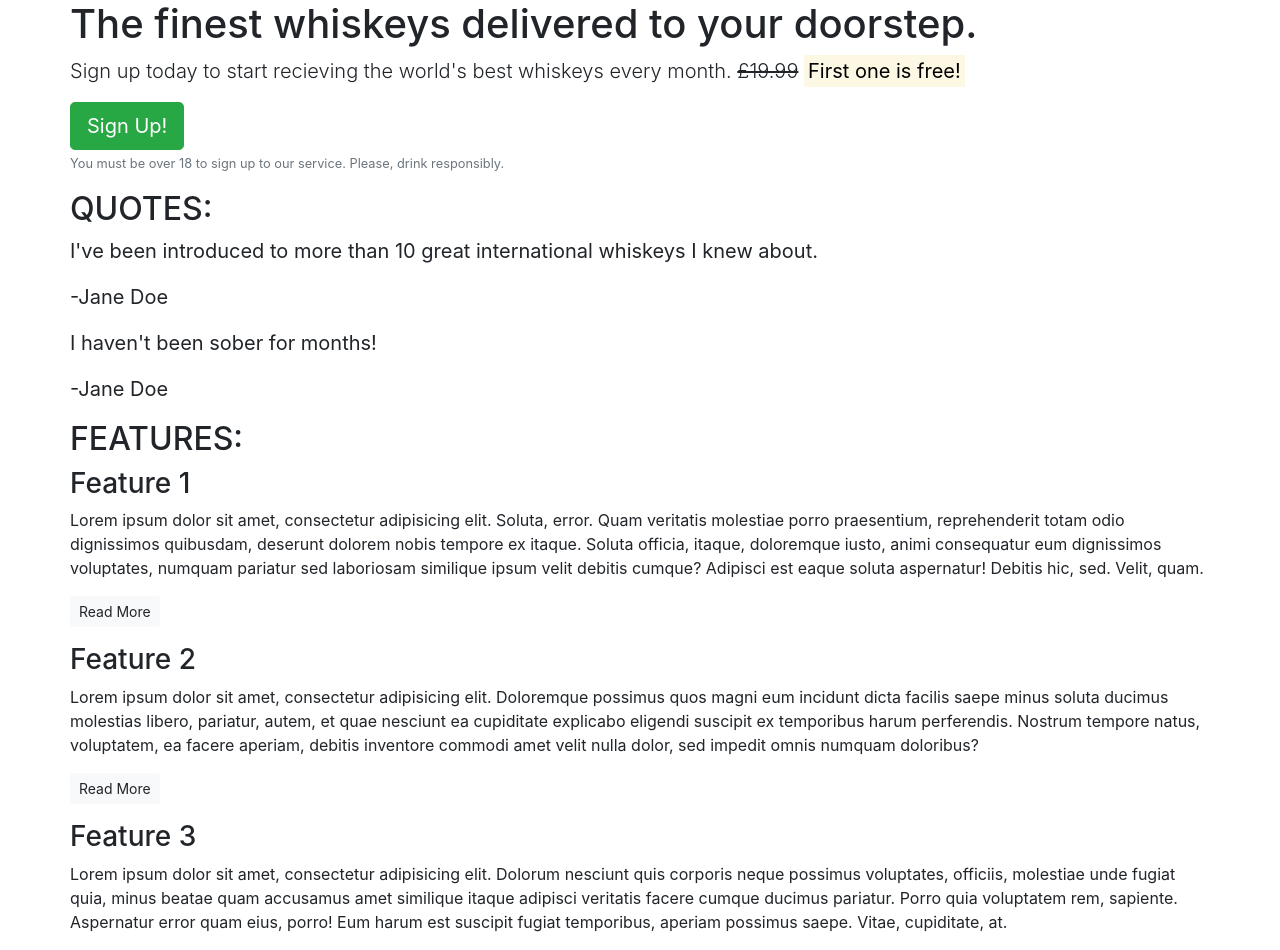
Repository: Leannald13/whiskey-project
Page: index.html
The author's editor kept a record of every edit. The page is drawn from the files as they stood at one moment, then again after the next edit.
The browser window is 1280 px wide. The pictures show the whole page.

Above is the page before.
Console error: TypeError: Cannot read properties of undefined (reading 'fn')

After the next edit:
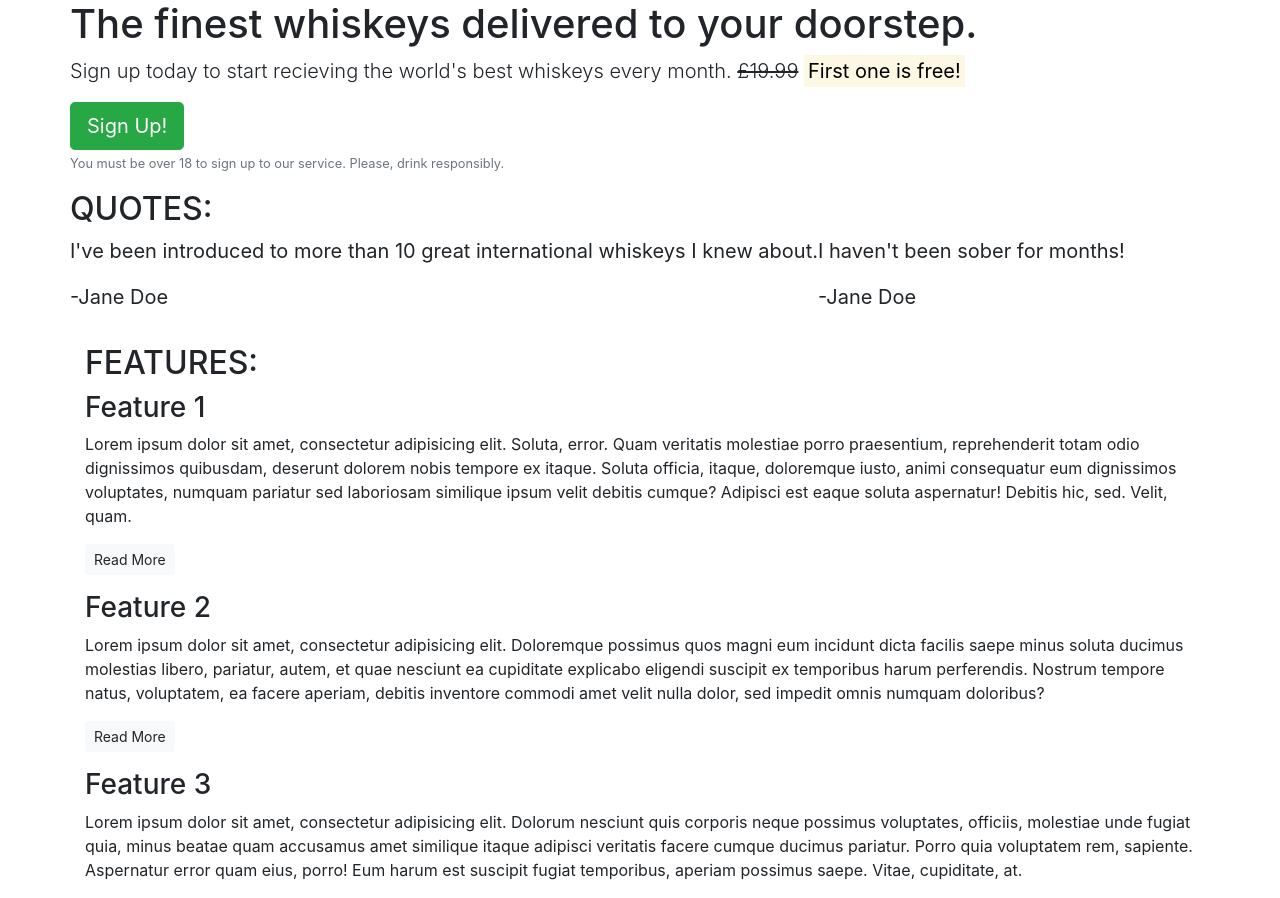
The edit:
--- a/index.html
+++ b/index.html
@@ -1,54 +1,64 @@
 <!DOCTYPE html>
 <html lang="en">
+
 <head>
     <meta charset="UTF-8">
     <meta name="viewport" content="width=device-width, initial-scale=1.0">
     <meta http-equiv="X-UA-Compatible" content="ie=edge">
     <link rel="stylesheet" href="https://stackpath.bootstrapcdn.com/bootstrap/4.1.3/css/bootstrap.min.css" integrity="sha384-MCw98/SFnGE8fJT3GXwEOngsV7Zt27NXFoaoApmYm81iuXoPkFOJwJ8ERdknLPMO" crossorigin="anonymous">
-<script src="https://stackpath.bootstrapcdn.com/bootstrap/4.1.3/js/bootstrap.min.js" integrity="sha384-ChfqqxuZUCnJSK3+MXmPNIyE6ZbWh2IMqE241rYiqJxyMiZ6OW/JmZQ5stwEULTy" crossorigin="anonymous"></script>
+    <script src="https://stackpath.bootstrapcdn.com/bootstrap/4.1.3/js/bootstrap.min.js" integrity="sha384-ChfqqxuZUCnJSK3+MXmPNIyE6ZbWh2IMqE241rYiqJxyMiZ6OW/JmZQ5stwEULTy" crossorigin="anonymous"></script>
     <title>Whiskey Drop: Taste a new whiskey every month</title>
 </head>
+
 <body>
     <article class="container">
         <div class="row">
-        <section class="callout">
-        <h1>The finest whiskeys delivered to your doorstep.</h1>
-        <p class="lead">Sign up today to start recieving the world's best whiskeys every month.
-        <s>£19.99</s> <strong><mark>First one is free!</mark></strong></p>
-        <button class="btn btn-success btn-lg">Sign Up!</button>
-        <p class="text-muted"><small>You must be over 18 to sign up to our service. Please, drink responsibly.</small></p>
-         </section>
-    <section class="quotes">
-    <h2 class="text-uppercase">Quotes:</h2>
-    <blockquote class="blockquote">
-        <p>I've been introduced to more than 10 great international whiskeys I knew about.</p>
-          <p>-Jane Doe</p>
-    </blockquote>
-      <blockquote class="blockquote">
-         <p>I haven't been sober for months!</p>
-         <p>-Jane Doe</p>
-      </blockquote>
-    </section>
-    <section class="features">
-        <h2 class="text-uppercase">Features:</h2>
-        <div class="feature">
-            <h3>Feature 1</h3>
-            <p>Lorem ipsum dolor sit amet, consectetur adipisicing elit. Soluta, error. Quam veritatis molestiae porro praesentium, reprehenderit totam odio dignissimos quibusdam, deserunt dolorem nobis tempore ex itaque. Soluta officia, itaque, doloremque iusto, animi consequatur eum dignissimos voluptates, numquam pariatur sed laboriosam similique ipsum velit debitis cumque? Adipisci est eaque soluta aspernatur! Debitis hic, sed. Velit, quam.</p>
-           <p><a class="btn btn-sm btn-light" href="">Read More</a></p>
+            <section class="callout">
+                <h1>The finest whiskeys delivered to your doorstep.</h1>
+                <p class="lead">Sign up today to start recieving the world's best whiskeys every month.
+                    <s>£19.99</s> <strong><mark>First one is free!</mark></strong></p>
+                <button class="btn btn-success btn-lg">Sign Up!</button>
+                <p class="text-muted"><small>You must be over 18 to sign up to our service. Please, drink responsibly.</small></p>
+            </section>
         </div>
-        <div class="feature">
-        <h3>Feature 2</h3>
-        <p>Lorem ipsum dolor sit amet, consectetur adipisicing elit. Doloremque possimus quos magni eum incidunt dicta facilis saepe minus soluta ducimus molestias libero, pariatur, autem, et quae nesciunt ea cupiditate explicabo eligendi suscipit ex temporibus harum perferendis. Nostrum tempore natus, voluptatem, ea facere aperiam, debitis inventore commodi amet velit nulla dolor, sed impedit omnis numquam doloribus?</p>
-        <p><a class="btn btn-sm btn-light" href="">Read More</a></p>
-        </div>
-        <div class="feature">
-          <h3>Feature 3</h3>
-          <p>Lorem ipsum dolor sit amet, consectetur adipisicing elit. Dolorum nesciunt quis corporis neque possimus voluptates, officiis, molestiae unde fugiat quia, minus beatae quam accusamus amet similique itaque adipisci veritatis facere cumque ducimus pariatur. Porro quia voluptatem rem, sapiente. Aspernatur error quam eius, porro! Eum harum est suscipit fugiat temporibus, aperiam possimus saepe. Vitae, cupiditate, at.</p>
-        </div>
+        <section class="quotes">
+            <div class="row">
+            <h2 class="text-uppercase">Quotes:</h2>
+            </div>
+            <div class="row">
+            <blockquote class="blockquote">
+                <p>I've been introduced to more than 10 great international whiskeys I knew about.</p>
+                <p>-Jane Doe</p>
+            </blockquote>
+            <blockquote class="blockquote">
+                <p>I haven't been sober for months!</p>
+                <p>-Jane Doe</p>
+            </blockquote>
+        </section>
+        <section class="features">
+            <h2 class="text-uppercase">Features:</h2>
+            <div class="feature">
+                <h3>Feature 1</h3>
+                <p>Lorem ipsum dolor sit amet, consectetur adipisicing elit. Soluta, error. Quam veritatis molestiae porro praesentium, reprehenderit totam odio dignissimos quibusdam, deserunt dolorem nobis tempore ex itaque. Soluta officia, itaque, doloremque
+                    iusto, animi consequatur eum dignissimos voluptates, numquam pariatur sed laboriosam similique ipsum velit debitis cumque? Adipisci est eaque soluta aspernatur! Debitis hic, sed. Velit, quam.</p>
+                <p><a class="btn btn-sm btn-light" href="">Read More</a></p>
+            </div>
+            <div class="feature">
+                <h3>Feature 2</h3>
+                <p>Lorem ipsum dolor sit amet, consectetur adipisicing elit. Doloremque possimus quos magni eum incidunt dicta facilis saepe minus soluta ducimus molestias libero, pariatur, autem, et quae nesciunt ea cupiditate explicabo eligendi suscipit
+                    ex temporibus harum perferendis. Nostrum tempore natus, voluptatem, ea facere aperiam, debitis inventore commodi amet velit nulla dolor, sed impedit omnis numquam doloribus?</p>
+                <p><a class="btn btn-sm btn-light" href="">Read More</a></p>
+            </div>
+            <div class="feature">
+                <h3>Feature 3</h3>
+                <p>Lorem ipsum dolor sit amet, consectetur adipisicing elit. Dolorum nesciunt quis corporis neque possimus voluptates, officiis, molestiae unde fugiat quia, minus beatae quam accusamus amet similique itaque adipisci veritatis facere cumque
+                    ducimus pariatur. Porro quia voluptatem rem, sapiente. Aspernatur error quam eius, porro! Eum harum est suscipit fugiat temporibus, aperiam possimus saepe. Vitae, cupiditate, at.</p>
+            </div>
 
 
-    </section>
+        </section>
     </article>
 
 </body>
+
 </html>
